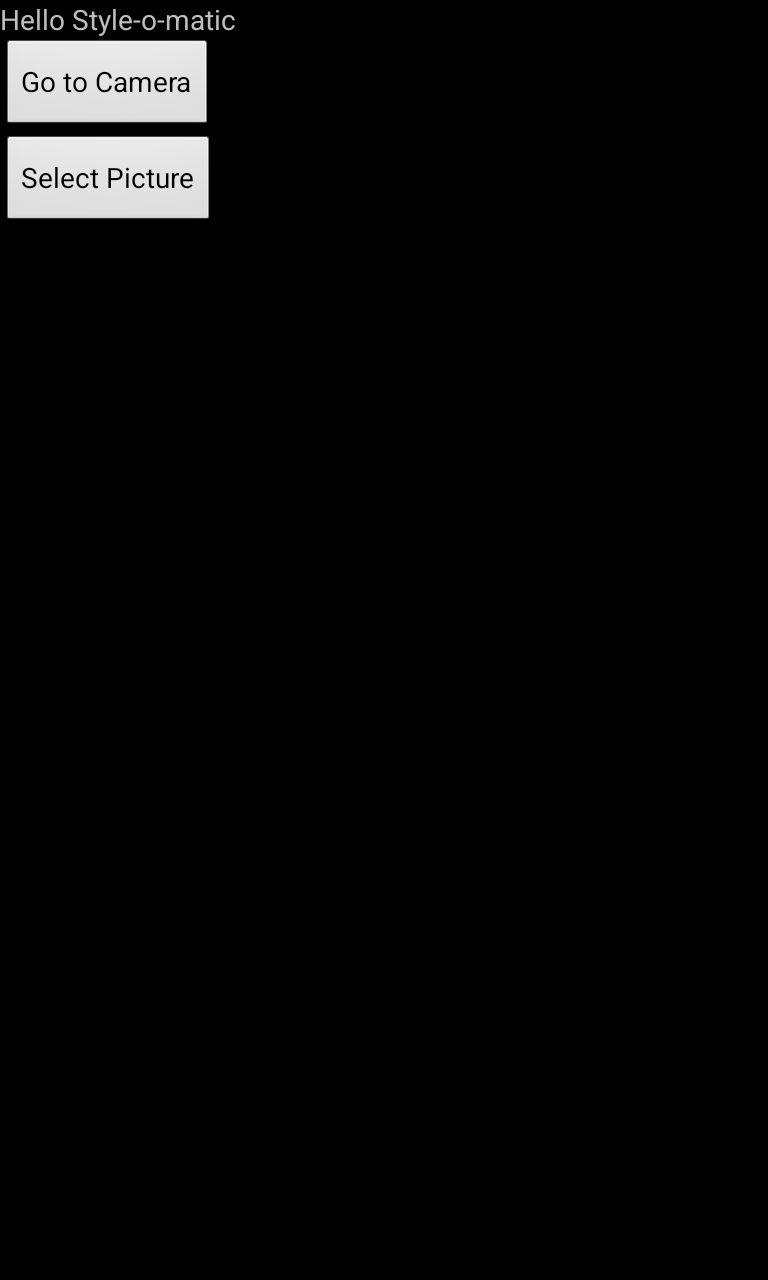
Repository: cprerovsky/style-o-matic
Layout: style-o-matic/res/layout/main.xml
These files come from the project's save history. The layout is drawn as it stood at one moment and after the next save; the edit follows.
It is drawn on a 768 x 1280 px phone screen (xhdpi) without system bars, with theme android:Theme; the app's code is not run. Lists and similar views that code fills are empty.

Above is the layout before, as saved 2012-04-18 17:30:11.

### style-o-matic/res/layout/main.xml
<?xml version="1.0" encoding="utf-8"?>
<LinearLayout xmlns:android="http://schemas.android.com/apk/res/android"
    android:layout_width="fill_parent"
    android:layout_height="fill_parent"
    android:orientation="vertical" >


    <ViewFlipper
	    android:id="@+id/flipper"
	    android:layout_width="fill_parent"
	    android:layout_height="fill_parent"
	    >

     	    <LinearLayout xmlns:android="http://schemas.android.com/apk/res/android"
	    android:layout_width="fill_parent"
	    android:layout_height="fill_parent"
	    android:orientation="vertical" >

            <TextView
		        android:layout_width="fill_parent"
		        android:layout_height="wrap_content"
		        android:text="@string/hello" />

    		<Button
		        android:id="@+id/button1"
		        android:layout_width="wrap_content"
		        android:layout_height="wrap_content"
		        android:text="Go to Camera" />

	    	<Button
	    	    android:id="@+id/selectPic"
		        android:layout_width="wrap_content"
		        android:layout_height="wrap_content"
		        android:text="@string/selectPic"/>
			<Gallery
			    xmlns:android="http://schemas.android.com/apk/res/android"
			    android:id="@+id/galleryTops"
			    android:layout_width="fill_parent"
			    android:layout_height="wrap_content"
		    />
			<Gallery
			    xmlns:android="http://schemas.android.com/apk/res/android"
			    android:id="@+id/galleryBottoms"
			    android:layout_width="fill_parent"
			    android:layout_height="wrap_content"
		    />
		</LinearLayout>

		<LinearLayout xmlns:android="http://schemas.android.com/apk/res/android"
	    android:layout_width="fill_parent"
	    android:layout_height="fill_parent"
	    android:orientation="vertical" >
		    	<TextView
		        android:layout_width="fill_parent"
		        android:layout_height="wrap_content"
		        android:text="@string/gallery_top" />
		    	<GridView xmlns:android="http://schemas.android.com/apk/res/android"
				    android:id="@+id/gridviewTops"
				    android:layout_width="fill_parent"
				    android:layout_height="fill_parent"
				    android:columnWidth="90dp"
				    android:numColumns="auto_fit"
				    android:verticalSpacing="5dp"
				    android:horizontalSpacing="5dp"
				    android:stretchMode="columnWidth"
				    android:gravity="center"
				/>
		</LinearLayout>

		<LinearLayout xmlns:android="http://schemas.android.com/apk/res/android"
	    android:layout_width="fill_parent"
	    android:layout_height="fill_parent"
	    android:orientation="vertical" >
			<TextView
        android:layout_width="fill_parent"
        android:layout_height="wrap_content"
        android:text="@string/hello" />
			<Gallery
			    xmlns:android="http://schemas.android.com/apk/res/android"
			    android:id="@+id/galleryShoes"
			    android:layout_width="fill_parent"
			    android:layout_height="wrap_content"
		    />
			<Gallery
			    xmlns:android="http://schemas.android.com/apk/res/android"
			    android:id="@+id/galleryAccessories"
			    android:layout_width="fill_parent"
			    android:layout_height="wrap_content"
		    />
		</LinearLayout>
	</ViewFlipper>

</LinearLayout>

### style-o-matic/res/values/strings.xml
<?xml version="1.0" encoding="utf-8"?>
<resources>

    <string name="hello">Hello Style-o-matic</string>
    <string name="app_name">Style-o-matic</string>
    <string name="accessories">Accessories</string>
    <string name="tops">Tops</string>
    <string name="bottoms">Bottoms</string>
    <string name="shoes">Shoes</string>
    <string name="gallery_top">Tops</string>
	<string name="galleryBottoms">Bottoms</string>
	<string name="galleryAccessories">Accessories</string>
	<string name="galleryShoes">Shoes</string>
	<string name="selectPic">Select Picture</string>

</resources>

After the next save:
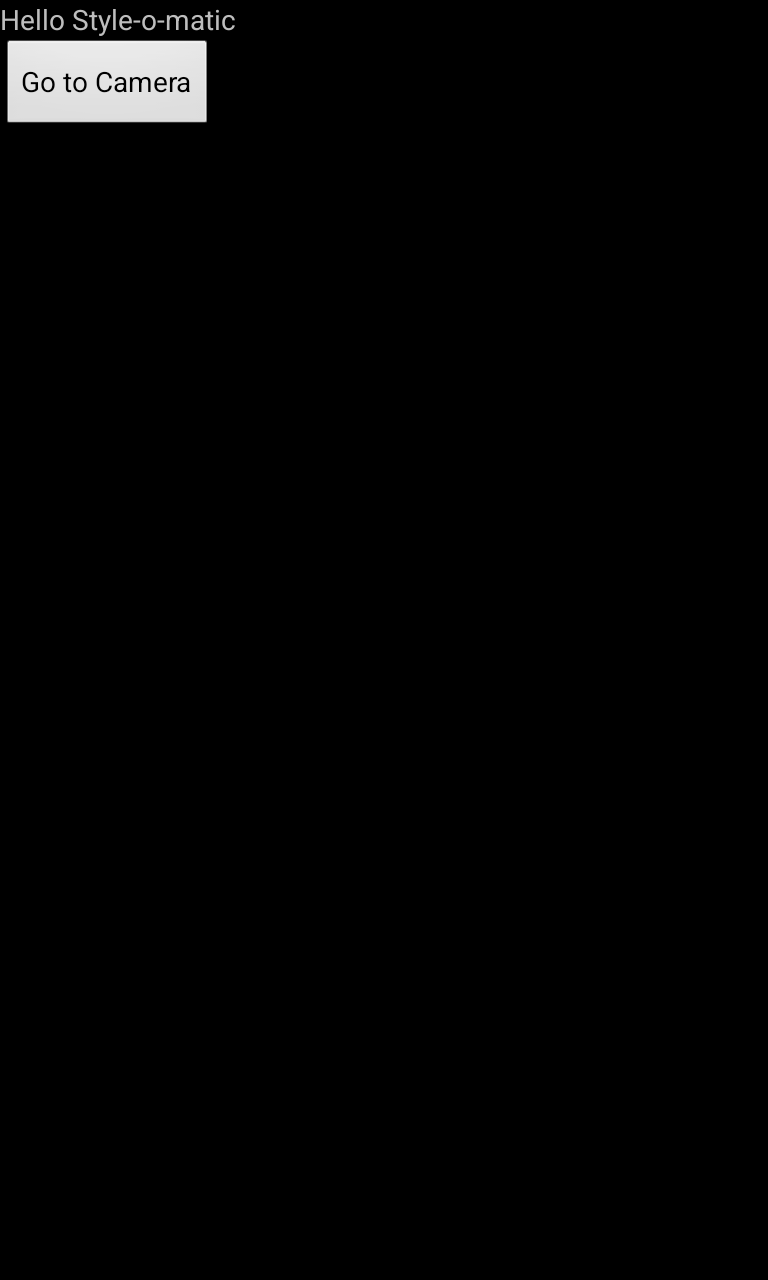
Saved 5 min 25 s later.
--- a/style-o-matic/res/layout/main.xml
+++ b/style-o-matic/res/layout/main.xml
@@ -27,11 +27,11 @@
 		        android:layout_height="wrap_content"
 		        android:text="Go to Camera" />
 
-	    	<Button
+<!-- 	    	<Button
 	    	    android:id="@+id/selectPic"
 		        android:layout_width="wrap_content"
 		        android:layout_height="wrap_content"
-		        android:text="@string/selectPic"/>
+		        android:text="@string/selectPic"/> -->
 			<Gallery
 			    xmlns:android="http://schemas.android.com/apk/res/android"
 			    android:id="@+id/galleryTops"
